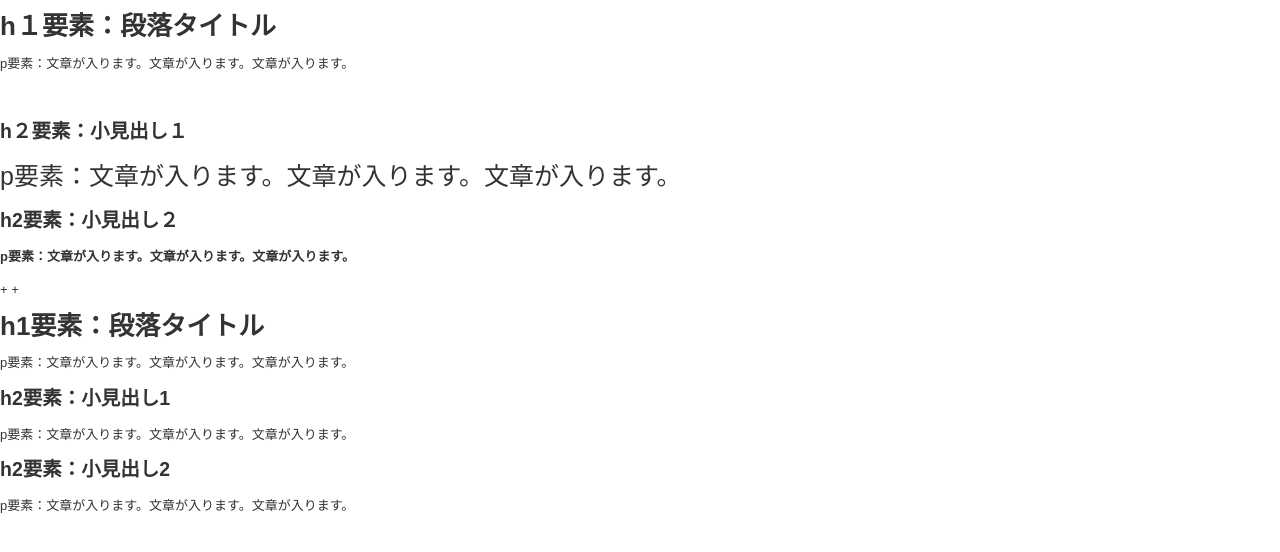
Repository: Habo-10/samurai_HTML-CSS
Page: index.html
The author's editor kept a record of every edit. The page is drawn from the files as they stood at one moment, then again after the next edit.
The browser window is 1280 px wide. The pictures show the whole page.

Above is the page before.

After the next edit:
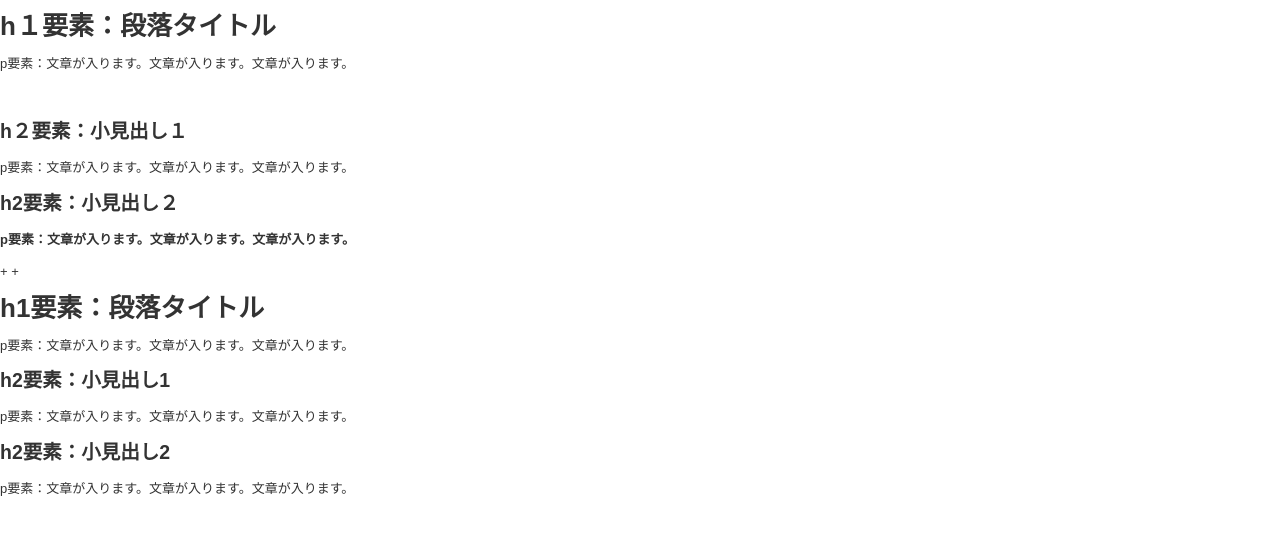
The edit:
--- a/index.html
+++ b/index.html
@@ -10,7 +10,7 @@
     <h1 class="blue">h１要素：段落タイトル</h1>
     <p>p要素：文章が入ります。文章が入ります。文章が入ります。</p>
 　　<h2 class="blue">h２要素：小見出し１</h2>
-        <P style="font-size: 25px;">
+        <P class="fs-25px;">
             p要素：文章が入ります。文章が入ります。文章が入ります。
         </P>
             <h2 id="red">h2要素：小見出し２</h2>
